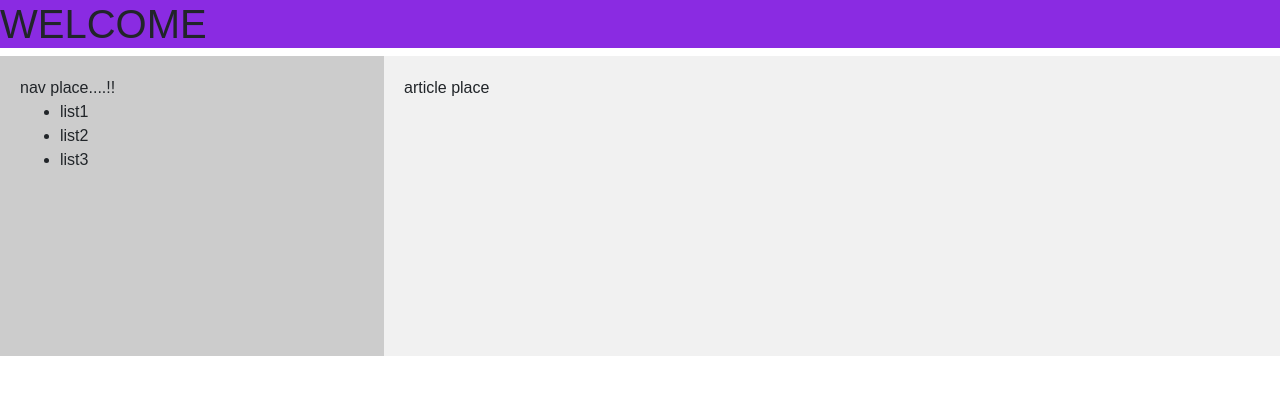
Repository: idrice24/IDRICE24-DASHBOARD
Page: html/header.html
The author's editor kept a copy of each file at every save. The page is drawn from the files as they stood at one save, then again after the next save.
The browser window is 1280 px wide. The pictures show the whole page.

Above is the page before, as saved 2020-09-03 22:59:15.

### html/header.html
<!DOCTYPE html>
<html lang="en">

<head>
    <meta charset="UTF-8">
    <meta name="viewport" content="width=device-width, initial-scale=1.0">
    <meta http-equiv="X-UA-Compatible" content="ie=edge">
    <title>Document</title>
    <link rel="stylesheet" href="../vendor/bootstrap-4.1/bootstrap.min.css">
    <link rel="stylesheet" href="../vendor/font-awesome-4.7/css/font-awesome.min.css">
    <link rel="stylesheet" href="../vendor/idrice24folder/idrice24.css">
</head>

<body>
    <h1>WELCOME</h1>
    <section>
        <nav class="">nav place....!!
            <ul>
                <li>list1</li>
                <li>list2</li>
                <li>list3</li>
            </ul>
        </nav>
        <article>article place</article>
    </section>

</body>

</html>

### vendor/idrice24folder/idrice24.css
        * {
        box-sizing: border-box;
    }

    body {
        font-family: Arial, Helvetica, sans-serif;
    }

    h1,
    h2,
    h3 {
        background-color: blueviolet;
    }

    header {
        background-color: #666;
        padding: 30px;
        text-align: center;
        font-size: 35px;
        color: white;
    }
    /* Clear floats after the columns */

    section:after {
        content: "";
        display: table;
        clear: both;
    }

    article {
        float: left;
        padding: 20px;
        width: 70%;
        background-color: #f1f1f1;
        height: 300px;
        /* only for demonstration, should be removed */
    }
    /* Create two columns/boxes that floats next to each other */

    nav {
        float: left;
        width: 30%;
        height: 300px;
        /* only for demonstration, should be removed */
        background: #ccc;
        padding: 20px;
    }
    /* Style the footer */

    footer {
        background-color: #777;
        padding: 10px;
        text-align: center;
        color: white;
    }
    /* Responsive layout - makes the two columns/boxes stack on top of each other instead of next to each other, on small screens */

    @media (max-width: 600px) {
        nav,
        article {
            width: 100%;
            height: auto;
        }

Loaded but not shown: vendor/bootstrap-4.1/bootstrap.min.css (library); vendor/font-awesome-4.7/css/font-awesome.min.css (library)

After the next save:
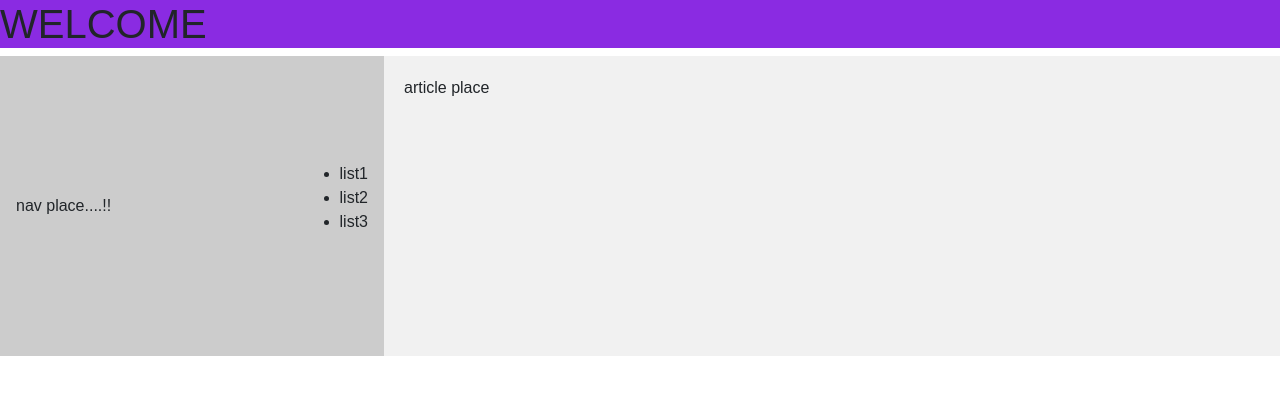
Saved 24 s later.
--- a/html/header.html
+++ b/html/header.html
@@ -14,7 +14,7 @@
 <body>
     <h1>WELCOME</h1>
     <section>
-        <nav class="">nav place....!!
+        <nav class="navbar navbar-default">nav place....!!
             <ul>
                 <li>list1</li>
                 <li>list2</li>
